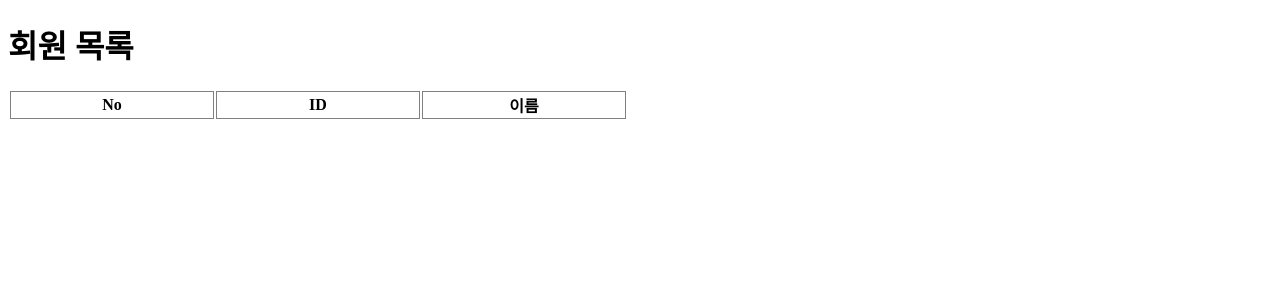
Repository: geonyoung112/Jsp_practice
Page: http://localhost/lcomputerstudy/list.do
The author's editor kept a copy of each file at every save. The page is drawn from the files as they stood at one save, then again after the next save.
The browser window is 1280 px wide. The pictures show the whole page.
The page is served by Tomcat 9. Queries for data that is not in the repository find no rows.

Above is the page before, as saved 2023-04-18 00:38:13.

After the next save:
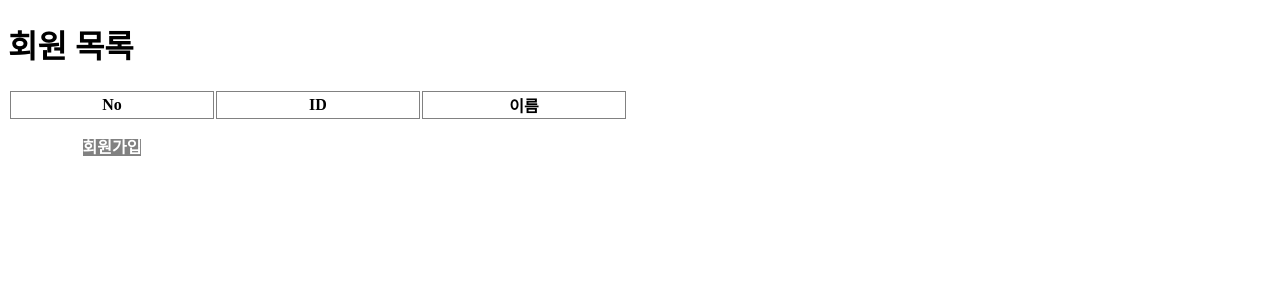
Saved 73 s later.
--- a/lcomputerstudy/src/main/webapp/test2/userlist.jsp
+++ b/lcomputerstudy/src/main/webapp/test2/userlist.jsp
@@ -41,13 +41,12 @@
 				<td>${user.u_id}</td>
 				<td>${user.u_name}</td>
 		     </tr>
-		     <tr style="height:50px;">
+		</c:forEach>
+			 <tr style="height:50px;">
 				<td style="border:none;">
 					<a href="newjoin.do?u_idx=${user.u_idx}" style="width:70%;font-weight:700;background-color:#818181;color:#fff;">회원가입</a>
 				</td>
 			</tr>
-		</c:forEach>
-
 	</table>
 </body>
 </html>
